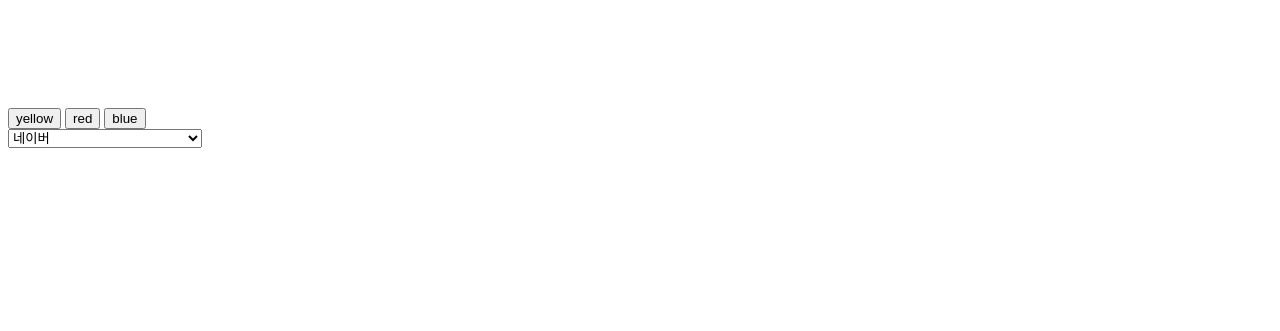
Repository: mjh1583/Hustar03_eGov
Page: http://localhost/JavaScript/js007.jsp
The author's editor kept a copy of each file at every save. The page is drawn from the files as they stood at one save, then again after the next save.
The browser window is 1280 px wide. The pictures show the whole page.
The page is served by Tomcat 9.

Above is the page before, as saved 2021-05-06 07:47:02.

After the next save:
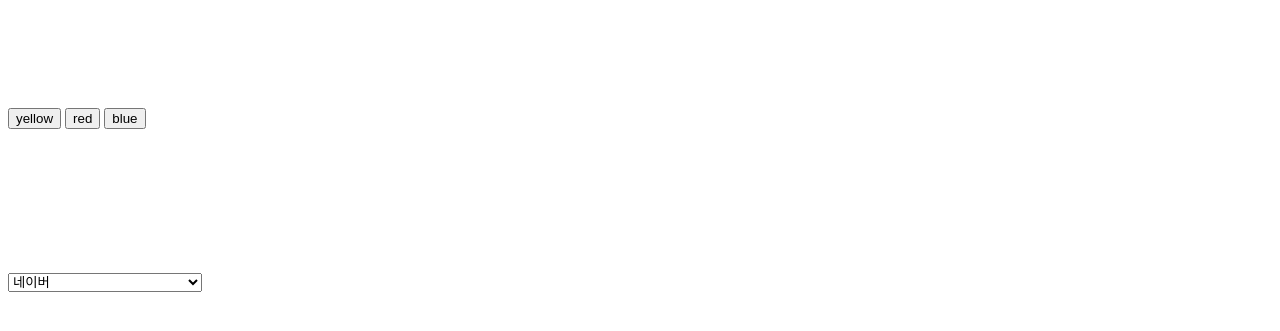
Saved 10 s later.
--- a/workspace/JavaScript/src/main/webapp/js007.jsp
+++ b/workspace/JavaScript/src/main/webapp/js007.jsp
@@ -14,6 +14,7 @@
 	<input type="button" class="btn" value="red" w="150px" h="200px"/>
 	<input type="button" class="btn" value="blue" w="500px" h="1000px"/>
 
+	<br><br><br><br><br><br><br><br><br>
 	<div>
 		<select id="select" name="select">
 			<option value="https://www.naver.com">네이버</option>
